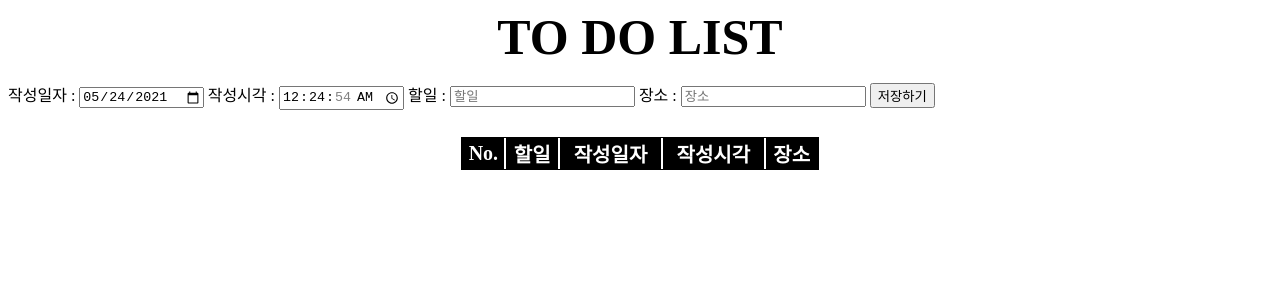
Repository: kimyoungjin98/Exam_Project
Page: http://localhost/Server_PR_TodoList/
These files come from the project's save history. The page is drawn as it stood at one moment and after the next save; the edit follows.
The browser window is 1280 px wide. The pictures show the whole page.
The page is served by Tomcat 9. Other server files are loaded and not shown. Queries for data that is not in the repository find no rows.

Above is the page before, as saved 2021-05-24 06:26:36.

### Server_PR_TodoList/src/main/webapp/WEB-INF/views/home.jsp
<%@ page language="java" contentType="text/html; charset=UTF-8"
    pageEncoding="UTF-8"%>
<%@ taglib uri="http://java.sun.com/jsp/jstl/core" prefix="c"%>
<c:set value="${pageContext.request.contextPath}" var="rootPath" />
<!DOCTYPE html>
<html>

<head>
<meta charset="UTF-8">
<title>어서오세요</title>
</head>
<script>
document.addEventListener("DOMContentLoaded",function(ev){

	document.querySelector("table")
	.addEventListener("click", function(ev){

		let tag = ev.target.tagName

		if(tag == "TD"){

			let seq = ev.target.closest("TR").dataset.seq

			document.location.href="${rootPath}/todo/view?td_seq=" + seq

		}

	})

})


</script>
<style>
table{
	width:30%;
	text-align: center;
	margin:3px auto;
	font-size:20px;
	padding:10px;

}

table td{
	cursor:pointer;
	padding:5-%;


}

table tr:hover{
	background-color: lightgray;
}

table tr{
	border:1px solid black;
	outline:1px solid black;
}

table th{
	background-color: black;
	color:white;

}


</style>
<body>

	<%@ include file="/WEB-INF/views/banner.jsp" %>
	<p>
	<%@ include file="/WEB-INF/views/write.jsp" %>
	<p>
		<table>
		<th>No.</th>
		<th>할일</th>
		<th>작성일자</th>
		<th>작성시각</th>
		<th>장소</th>

		<c:forEach items="${TDLIST}" var="TD" varStatus="index">
			<tr data-seq="${TD.td_seq}">
				<td>${index.count}</td>
				<td>${TD.td_content}</td>
				<td>${TD.td_date}</td>
				<td>${TD.td_time}</td>
				<td>${TD.td_place}</td>
			</tr>

		</c:forEach>

	</table>

</body>
</html>

### Server_PR_TodoList/src/main/webapp/WEB-INF/views/banner.jsp
<%@ page language="java" contentType="text/html; charset=UTF-8"
    pageEncoding="UTF-8"%>
<%@ taglib uri="http://java.sun.com/jsp/jstl/core" prefix="c"%>
<c:set value="${pageContext.request.contextPath}" var="rootPath" />
<!DOCTYPE html>
<html>
<head>
<meta charset="UTF-8">
<title>Insert title here</title>
</head>
<style>
h1{
	margin:auto;
	text-align: center;
	font-size:50px;
}


</style>
<body>
	<h1>TO DO LIST</h1>
</body>
</html>

### Server_PR_TodoList/src/main/webapp/WEB-INF/views/write.jsp
<%@ page language="java" contentType="text/html; charset=UTF-8"
    pageEncoding="UTF-8"%>
<%@ taglib uri="http://java.sun.com/jsp/jstl/core" prefix="c"%>
<c:set value="${pageContext.request.contextPath}" var="rootPath" />
<!DOCTYPE html>
<html>
<head>
<meta charset="UTF-8">
<title>Insert title here</title>
</head>
<script type="text/javascript">
document.addEventListener("DOMContentLoaded", function(ev){
	document.querySelector("button")
	.addEventListener("click",function(ev){

		let td_date = document.querySelector("input[name='td_date']")
		let td_time = document.querySelector("input[name='td_time']")
		let td_content = document.querySelector("input[name='td_content']")
		let td_place = document.querySelector("input[name='td_place']")

		document.querySelector("form").submit();

	})

})

</script>
<style>

	form.1 label{
		font-size:14px;
	}



</style>
<body>

	<form method="POST" class="1">
	<label>작성일자 : </label><input name="td_date" placeholder="작성일자" type="date" value="${TD.td_date}">
	<label>작성시각 : </label><input name="td_time" placeholder="작성시각" type="time" value="${TD.td_time}">
	<label>할일 : </label>
	<input name="td_content" placeholder="할일" value="${TD.td_content}"></input>
	<label>장소 : </label><input name="td_place" placeholder="장소" value="${TD.td_place}">

		<button>저장하기</button>
	</form>

</body>
</html>

### Server_PR_TodoList/src/main/java/com/callor/todo/controller/HomeController.java
package com.callor.todo.controller;

import java.io.IOException;
import java.text.SimpleDateFormat;
import java.util.Date;
import java.util.List;

import javax.servlet.ServletException;
import javax.servlet.annotation.WebServlet;
import javax.servlet.http.HttpServlet;
import javax.servlet.http.HttpServletRequest;
import javax.servlet.http.HttpServletResponse;

import com.callor.todo.model.TodoVO;
import com.callor.todo.service.TodoService;
import com.callor.todo.service.impl.TodoServiceImplV1;

@WebServlet("/")
public class HomeController extends HttpServlet{

	protected TodoService tdService;

	public HomeController() {

		tdService = new TodoServiceImplV1();

	}

	@Override
	protected void doGet(HttpServletRequest req, HttpServletResponse resp) throws ServletException, IOException {


		List<TodoVO> tdList = tdService.selectAll();

		req.setAttribute("TDLIST", tdList);

		SimpleDateFormat sDate = new SimpleDateFormat("yyyy-MM-dd");
		SimpleDateFormat sTime = new SimpleDateFormat("HH:mm:ss");
		Date date = new Date(System.currentTimeMillis());

		TodoVO tdVO = new TodoVO();

		tdVO.setTd_date(sDate.format(date));
		tdVO.setTd_time(sTime.format(date));

		req.setAttribute("TD", tdVO);

		ReqController.forward(resp, req, "home");

	}

	@Override
	protected void doPost(HttpServletRequest req, HttpServletResponse resp) throws ServletException, IOException {


		req.setCharacterEncoding("UTF-8");

		String td_date = req.getParameter("td_date");
		String td_content = req.getParameter("td_content");
		String td_time = req.getParameter("td_time");
		String td_place = req.getParameter("td_place");

		TodoVO tdVO = new TodoVO();

		tdVO.setTd_content(td_content);
		tdVO.setTd_date(td_date);
		tdVO.setTd_place(td_place);
		tdVO.setTd_time(td_time);

		tdService.insert(tdVO);

		System.out.println(tdVO.toString());

		resp.sendRedirect("/todo/");

	}

}

### Server_PR_TodoList/src/main/java/com/callor/todo/service/impl/TodoServiceImplV1.java
package com.callor.todo.service.impl;

import java.sql.Connection;
import java.sql.PreparedStatement;
import java.sql.ResultSet;
import java.sql.SQLException;
import java.util.ArrayList;
import java.util.List;

import com.callor.todo.config.DBConnect;
import com.callor.todo.model.TodoVO;
import com.callor.todo.service.TodoService;
import com.mysql.cj.x.protobuf.MysqlxPrepare.Prepare;

public class TodoServiceImplV1 implements TodoService {

	protected Connection dbConn;

	public TodoServiceImplV1() {

		dbConn = DBConnect.getDB();

	}

	protected List<TodoVO> select(PreparedStatement pStr) throws SQLException {

		List<TodoVO> tdList = new ArrayList<TodoVO>();
		ResultSet rSet = pStr.executeQuery();

		while (rSet.next()) {

			TodoVO tdVO = new TodoVO();

			tdVO.setTd_content(rSet.getString("td_content"));
			tdVO.setTd_date(rSet.getString("td_date"));
			tdVO.setTd_place(rSet.getString("td_place"));
			tdVO.setTd_time(rSet.getString("td_time"));
			tdVO.setTd_seq(rSet.getLong("td_seq"));
			tdList.add(tdVO);

		}

		return tdList;
	}

	@Override
	public List<TodoVO> selectAll() {
		// TODO Auto-generated method stub

		String sql = " SELECT * FROM tbl_todo ";

		PreparedStatement pStr = null;

		try {

			pStr = dbConn.prepareStatement(sql);
			List<TodoVO> tdList = this.select(pStr);


			return tdList;

		} catch (SQLException e) {
			// TODO Auto-generated catch block
			e.printStackTrace();
		}

		return null;
	}

	@Override
	public TodoVO findById(Long td_seq) {
		// TODO Auto-generated method stub

		String sql = " SELECT * FROM tbl_todo ";
		sql += " WHERE td_seq = ? ";

		PreparedStatement pStr = null;

		try {
			pStr = dbConn.prepareStatement(sql);
			pStr.setLong(1, td_seq);

			List<TodoVO> tdList = this.select(pStr);

			if(tdList != null && tdList.size() > 0) {

				return tdList.get(0);
			}

		} catch (SQLException e) {
			// TODO Auto-generated catch block
			e.printStackTrace();
		}

		return null;
	}

	@Override
	public Integer insert(TodoVO tdVO) {
		// TODO Auto-generated method stub

		String sql = " INSERT INTO tbl_todo ";
		sql += " (td_content, td_date, td_time, td_place) ";
		sql += " VALUES(?,?,?,?) ";

		PreparedStatement pStr = null;

		try {
			pStr = dbConn.prepareStatement(sql);
			pStr.setString(1, tdVO.getTd_content());
			pStr.setString(2, tdVO.getTd_date());
			pStr.setString(3, tdVO.getTd_time());
			pStr.setString(4, tdVO.getTd_place());

			return pStr.executeUpdate();



		} catch (SQLException e) {
			// TODO Auto-generated catch block
			e.printStackTrace();
		}

		return null;
	}

	@Override
	public Integer update(TodoVO tdVO) {
		// TODO Auto-generated method stub

		String sql = " UPDATE tbl_todo SET ";
		sql += " td_content = ?, ";
		sql += " td_date = ?, ";
		sql += " td_time = ?, ";
		sql += " td_place = ? ";
		sql += " WHERE td_seq = ? ";

		PreparedStatement pStr = null;

		try {
			pStr = dbConn.prepareStatement(sql);
			pStr.setString(1, tdVO.getTd_content());
			pStr.setString(2, tdVO.getTd_date());
			pStr.setString(3, tdVO.getTd_time());
			pStr.setString(4, tdVO.getTd_place());
			pStr.setLong(5, tdVO.getTd_seq());


			return pStr.executeUpdate();


		} catch (SQLException e) {
			// TODO Auto-generated catch block
			e.printStackTrace();
		}

		return null;
	}

	@Override
	public Integer delete(Long td_seq) {
		// TODO Auto-generated method stub

		String sql = " DELETE FROM tbl_todo ";
		sql += " WHERE td_seq = ? ";

		PreparedStatement pStr = null;

		try {
			pStr = dbConn.prepareStatement(sql);
			pStr.setLong(1, td_seq);

			return pStr.executeUpdate();
		} catch (SQLException e) {
			// TODO Auto-generated catch block
			e.printStackTrace();
		}



		return null;
	}

}

### Server_PR_TodoList/src/main/java/com/callor/todo/config/DBConnect.java
package com.callor.todo.config;

import java.sql.Connection;
import java.sql.DriverManager;
import java.sql.SQLException;

public class DBConnect {

	private static Connection dbConn;

	static {

		String driver = "com.mysql.cj.jdbc.Driver";
		String url = "jdbc:mysql://localhost:3306/todo";
		String user = "todoList";
		String pw = "1234";

		try {
			Class.forName(driver);

			if (dbConn == null) {
				dbConn = DriverManager.getConnection(url, user, pw);
			}

			System.out.println("DB 접속 성공");

		} catch (ClassNotFoundException e) {
			// TODO Auto-generated catch block
			e.printStackTrace();
		} catch (SQLException e) {
			// TODO Auto-generated catch block
			e.printStackTrace();
		}

	}

	public static Connection getDB() {

		return dbConn;
	}

}

### Server_PR_TodoList/src/main/java/com/callor/todo/model/TodoVO.java
package com.callor.todo.model;

import lombok.AllArgsConstructor;
import lombok.Getter;
import lombok.NoArgsConstructor;
import lombok.Setter;
import lombok.ToString;

@Getter
@Setter
@ToString
@AllArgsConstructor
@NoArgsConstructor
public class TodoVO {

	private Long td_seq;
	private String td_place;
	private String td_date;
	private String td_time;
	private String td_content;

}

### Server_PR_TodoList/src/main/java/com/callor/todo/controller/ReqController.java
package com.callor.todo.controller;

import java.io.IOException;

import javax.servlet.ServletException;
import javax.servlet.http.HttpServlet;
import javax.servlet.http.HttpServletRequest;
import javax.servlet.http.HttpServletResponse;

public class ReqController extends HttpServlet{

	public static void forward(HttpServletResponse res, HttpServletRequest req, String file) throws ServletException, IOException {

		String root = "/WEB-INF/views/" + file + ".jsp";

		req.getRequestDispatcher(root).forward(req, res);

	}

}

After the next save:
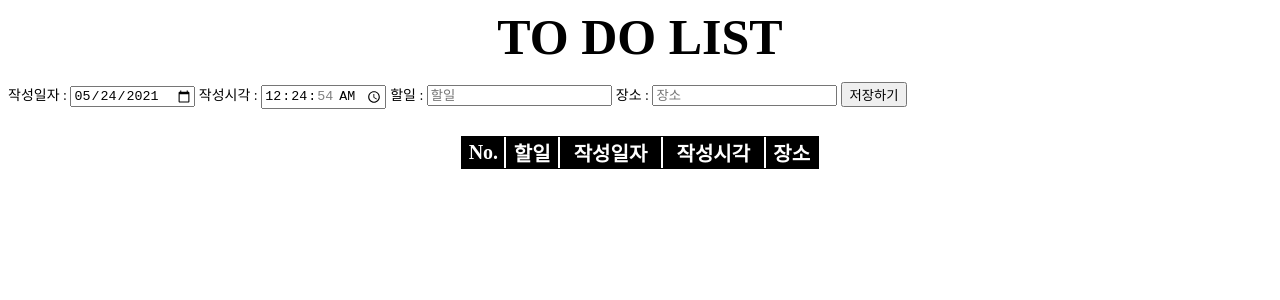
Saved 27 s later.
--- a/Server_PR_TodoList/src/main/webapp/WEB-INF/views/write.jsp
+++ b/Server_PR_TodoList/src/main/webapp/WEB-INF/views/write.jsp
@@ -27,7 +27,7 @@ document.addEventListener("DOMContentLoaded", function(ev){
 </script>
 <style>
 
-	form.1 label{
+	label{
 		font-size:14px;
 	}
 
